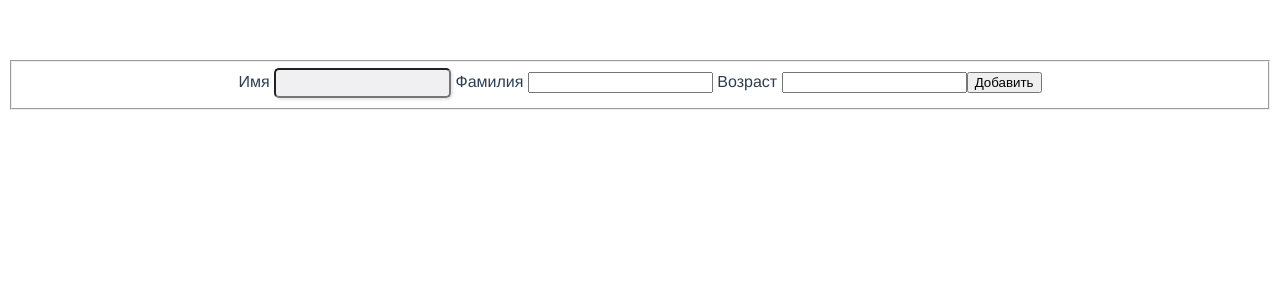
Repository: shum89/test-vue-table
Page: /
These files come from the project's save history. The page is drawn as it stood at one moment and after the next save; the edit follows.
The browser window is 1280 px wide. The pictures show the whole page.
The project was rebuilt for these pictures with package versions that can differ from the ones it lists, and the page was loaded fresh each time. Also part of the build but not shown: vue.config.js.

Above is the page before, as saved 2021-07-18 12:34:23.

### src/App.vue
<template>
  <Form @submit="addData" />
  <Table @remove="removeData" :list="list" />
</template>
<script>
import { uuid } from 'vue-uuid';
import { ref } from 'vue';
import Form from './components/Form.vue';
import Table from './components/Table.vue';

export default {
  components: { Form, Table },
  setup() {
    const list = ref([]);

    const normalizeString = (str) => {
      const result = str.charAt(0).toUpperCase() + str.slice(1).toLowerCase();
      return result;
    };

    const addData = (person) => {
      list.value.push({
        firstName: normalizeString(person.firstName),
        lastName: normalizeString(person.lastName),
        age: person.age,
        id: uuid.v1(),
      });
    };

    const removeData = (id) => {
      list.value = list.value.filter((i) => i.id !== id);
    };

    return {
      list,
      addData,
      removeData,
    };
  },
};
</script>
<script></script>

<style>
#app {
  font-family: Avenir, Helvetica, Arial, sans-serif;
  -webkit-font-smoothing: antialiased;
  -moz-osx-font-smoothing: grayscale;
  text-align: center;
  color: #2c3e50;
  margin-top: 60px;
}
.table__row-group {
  display: flex;
  align-items: center;
  flex-direction: column;
}
.table__row {
  display: grid;
  gap: 5px;
  grid-template-columns: repeat(3, 1fr);
  justify-content: center;
  max-width: 500px;
  width: 100%;
}
</style>

### src/components/Form.vue
<template>
  <form @submit.prevent="onSubmit">
    <fieldset>
      <label for="firstName">
        Имя
        <input class="form__input" v-model="person.firstName" type="text" id="firstName" />
      </label>

      <label for="lastName">
        Фамилия
        <input v-model="person.lastName" type="text" id="lastName" />
      </label>
      <label for="age">
        Возраст
        <input v-model="person.age" type="number" id="age" />
      </label>
      <button type="submit">Добавить</button>
    </fieldset>
  </form>
</template>

<script>
import { reactive } from 'vue';

export default {
  setup(_, { emit }) {
    const person = reactive({
      firstName: '',
      lastName: '',
      age: '',
    });
    const onSubmit = () => {
      emit('submit', person);
    };

    return { onSubmit, person };
  },

  name: 'Form',
  inheritAttrs: false,
};
</script>

<style scoped>
.form__input {
  width: 169px;
  height: 24px;
  left: 506px;
  top: 45px;
  background: #f0f0f3;
  box-shadow: -1px -1px 3px #ffffff, 1.5px 1.5px 3px rgba(174, 174, 192, 0.4);
  border-radius: 5px;
  appearance: none;
}
</style>

### src/components/Table.vue
<template>
  <div v-if="list.length > 0" class="table" role="grid" aria-colcount="3">
    <div class="table__row-group" role="rowgroup">
      <div class="table__row" role="row">
        <span role="columnheader" aria-colindex="1">First Name</span>
        <span role="columnheader" aria-colindex="2">Last Name</span>
        <span role="columnheader" aria-colindex="3">Age</span>
      </div>
    </div>
    <div class="table__row-group" role="rowgroup">
      <div class="table__row" v-for="listItems in list" :key="listItems.id" role="row">
        <div aria-colindex="1" role="gridcell">
          <span> {{ listItems.firstName }}</span>
        </div>
        <div aria-colindex="2" role="gridcell">
          <span> {{ listItems.lastName }}</span>
        </div>
        <div aria-colindex="3" role="gridcell">
          <span>{{ listItems.age }}</span>
        </div>
        <button @click="removeData(listItems.id)">X</button>
      </div>
    </div>
  </div>
</template>

<script>
export default {
  props: {
    list: Array,
  },
  setup(_, { emit }) {
    const removeData = (id) => {
      emit('remove', id);
    };
    return { removeData };
  },
  name: 'Table',
};
</script>

<style></style>

Loaded but not shown: public/index.html (common file); src/main.js (common file)

After the next save:
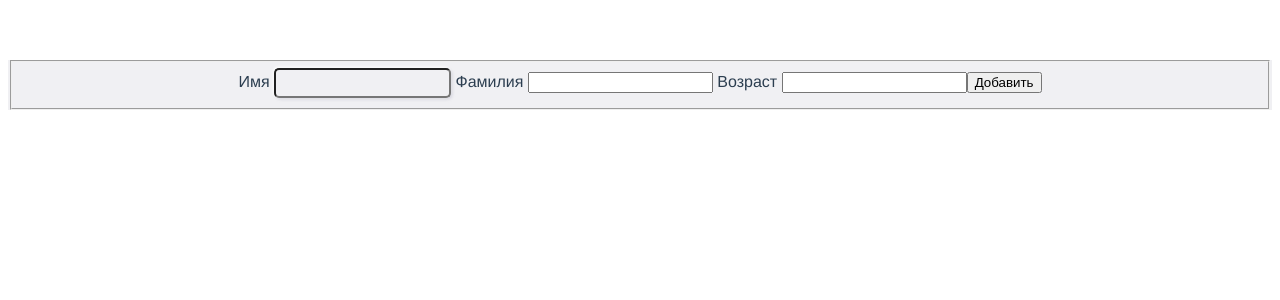
Saved 35 s later.
--- a/src/App.vue
+++ b/src/App.vue
@@ -49,6 +49,7 @@ export default {
   text-align: center;
   color: #2c3e50;
   margin-top: 60px;
+  background: #f0f0f3;
 }
 .table__row-group {
   display: flex;
